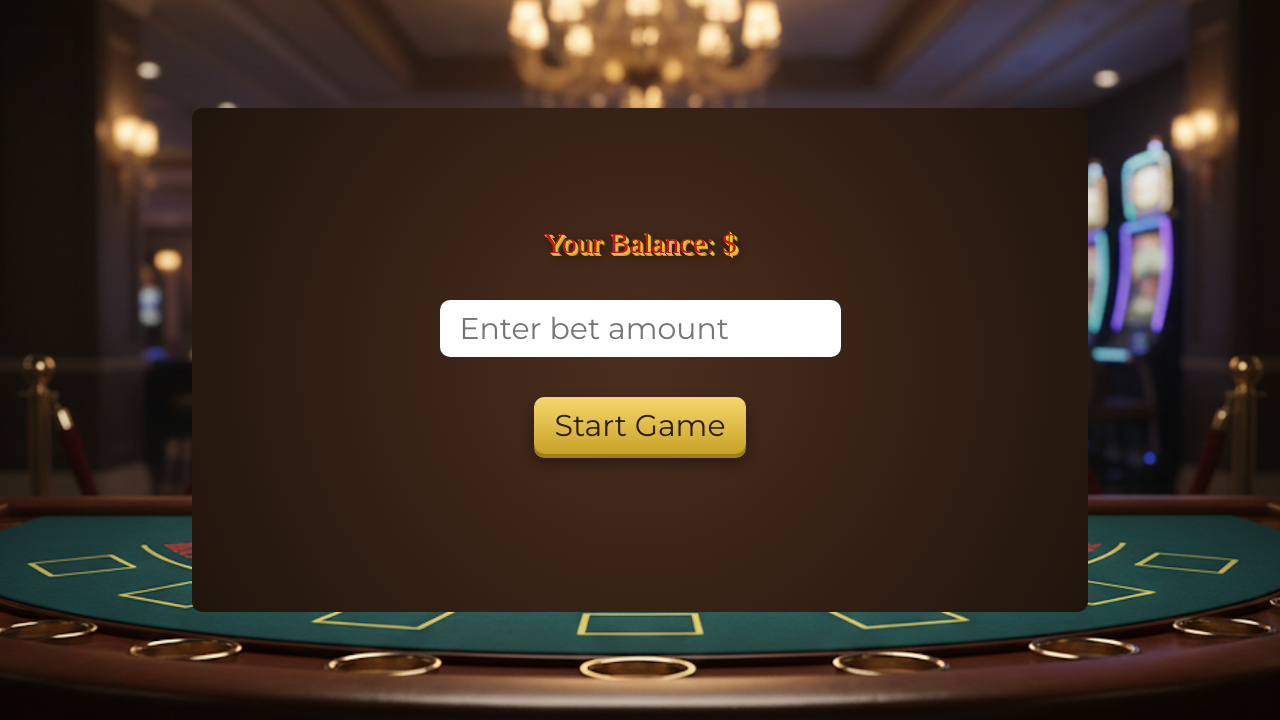
Repository: raghhavv03/javascript-practice
Page: task-5/bet.html
These files come from the project's save history. The page is drawn as it stood at one moment and after a run of saves; the edit follows.
The browser window is 1280 px wide. The pictures show the whole page.
Some web fonts or font styles are not loaded; a fallback is used.

Above is the page before, as saved 2026-02-09 03:13:55.

After the next 3 saves:
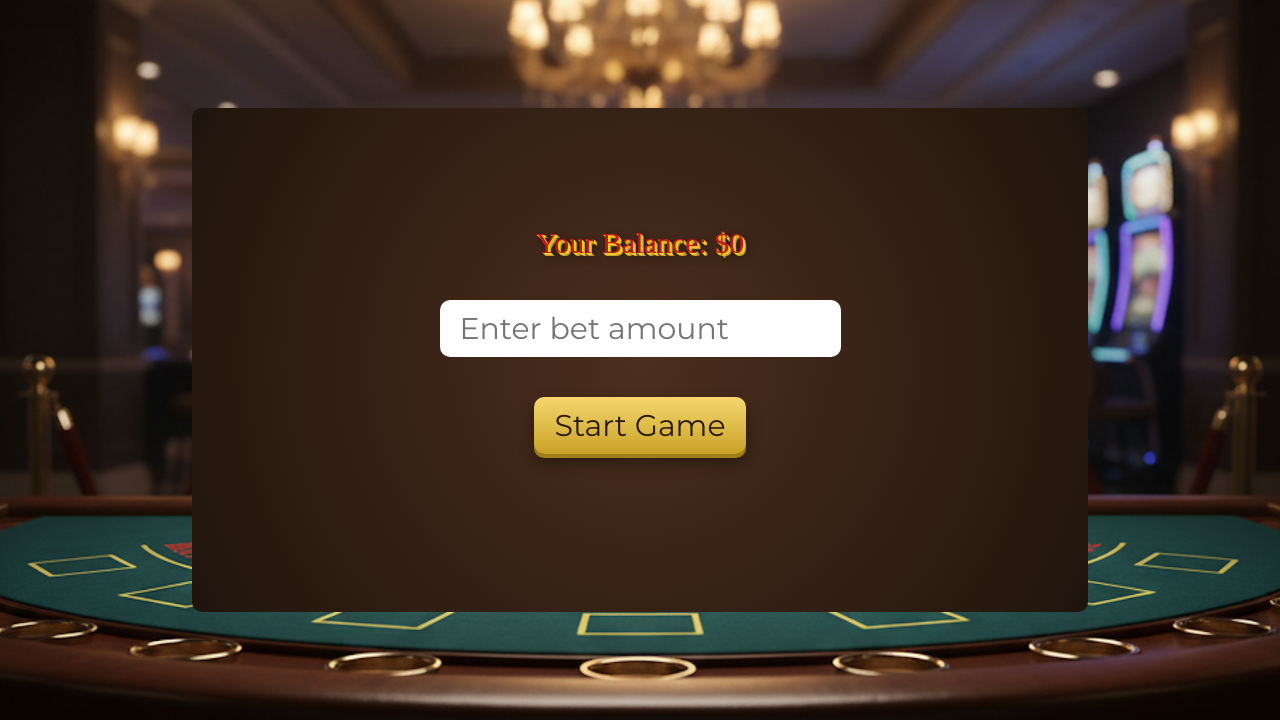
The 3 saves are shown as one change because they came seconds apart.
The last was saved 4 min 19 s later.
--- a/task-5/js/bet.js
+++ b/task-5/js/bet.js
@@ -1,4 +1,4 @@
-const balance = localStorage.getItem("balance")
+const balance = Number(localStorage.getItem("balance"))
 document.getElementById("balance").textContent = balance
 
 const startGameBtn = document.getElementById("start-game-btn")

After the save that followed:
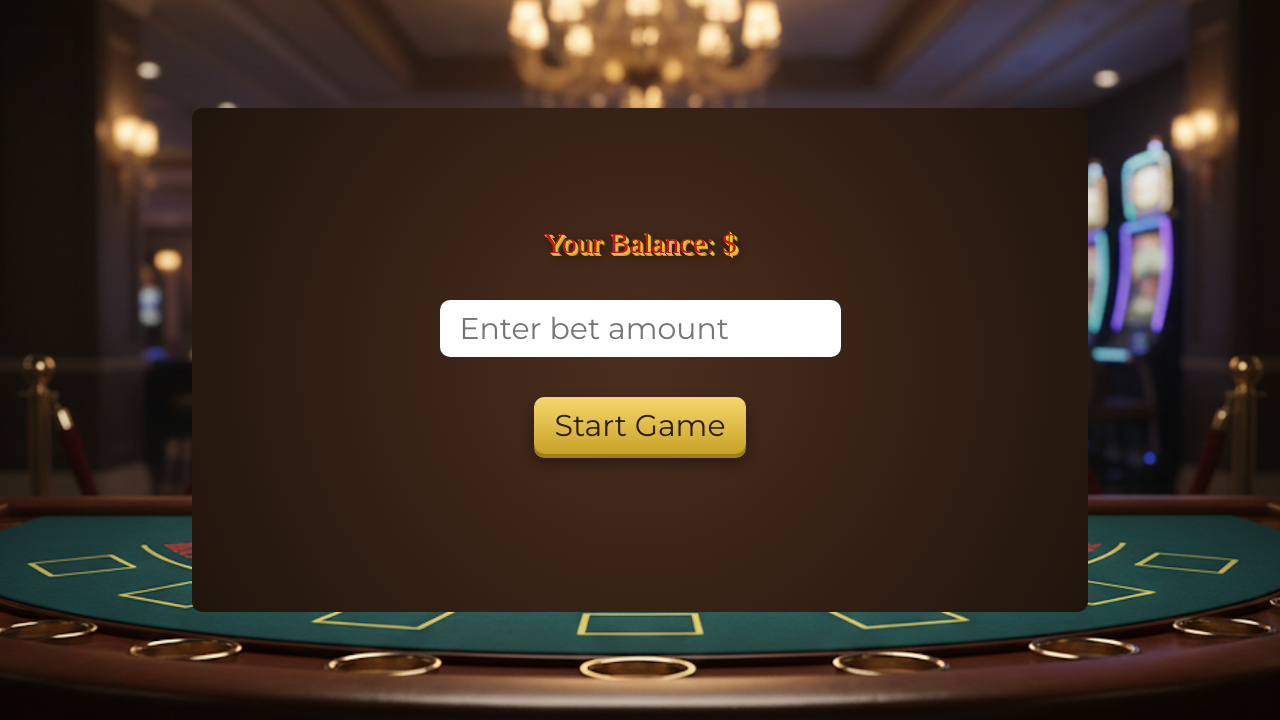
Console error: SyntaxError: missing ) after argument list
Saved 30 s later.
--- a/task-5/js/bet.js
+++ b/task-5/js/bet.js
@@ -5,7 +5,7 @@ const startGameBtn = document.getElementById("start-game-btn")
 const ErrorMsg = document.getElementById("bet-error-msg")
 
 startGameBtn.addEventListener("click", function() {
-    const bet = document.getElementById("bet-input").value
+    const bet = Number(document.getElementById("bet-input").value
 
     if (bet <= 0 || bet > balance) {
         ErrorMsg.textContent = "Please enter a valid bet amount"
